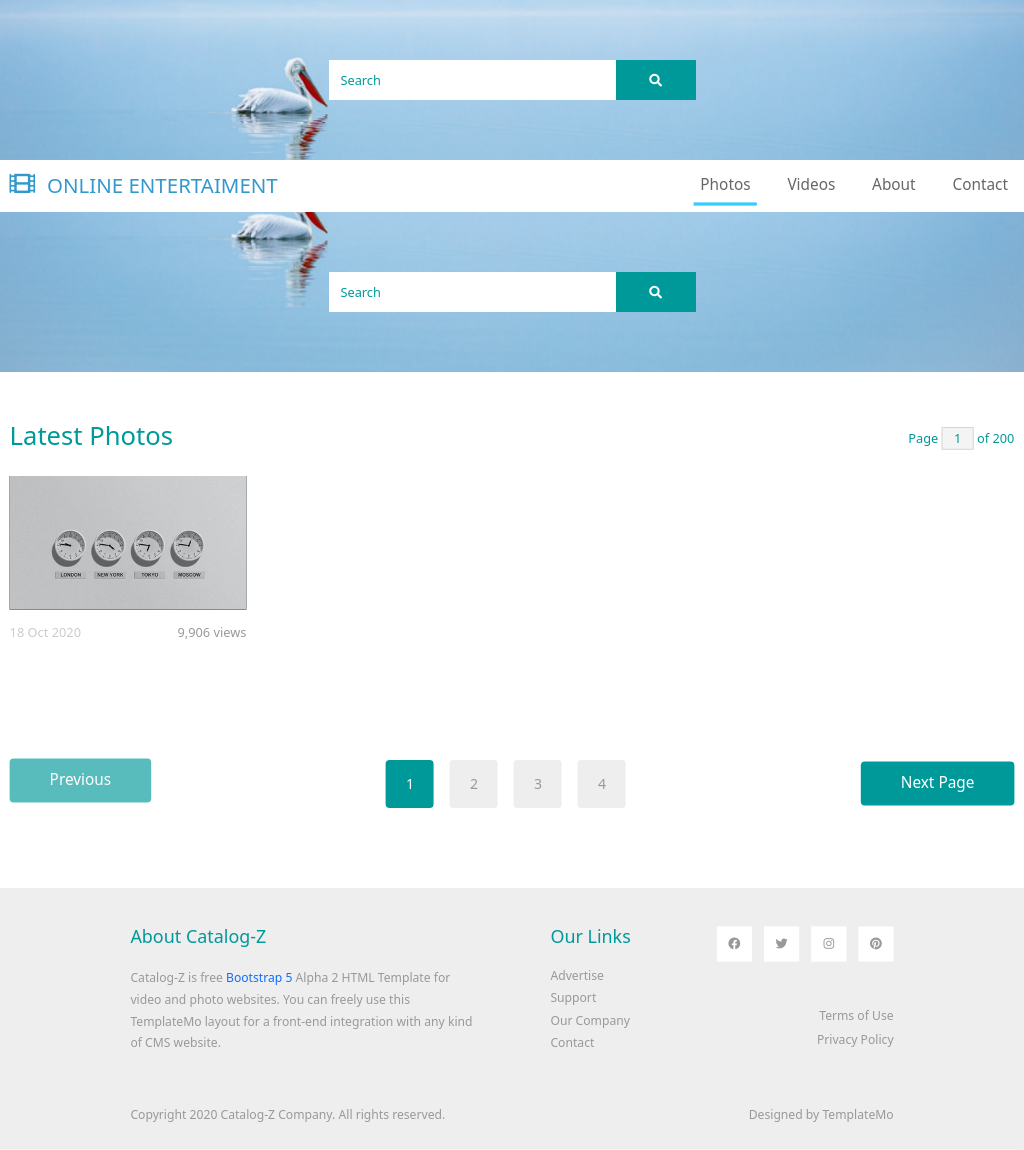
Repository: NguyenGiaHuy1102003/VideoManagementWebsite
Page: http://localhost/AsmJava4/index
An editor plug-in stored every save of this project. The page is shown before and after the next save, followed by the edit.
The browser window is 1280 px wide. The pictures show the whole page, at 80% of full size.
The page is served by Tomcat 9.

Above is the page before, as saved 2023-07-21 06:14:16.

After the next save:
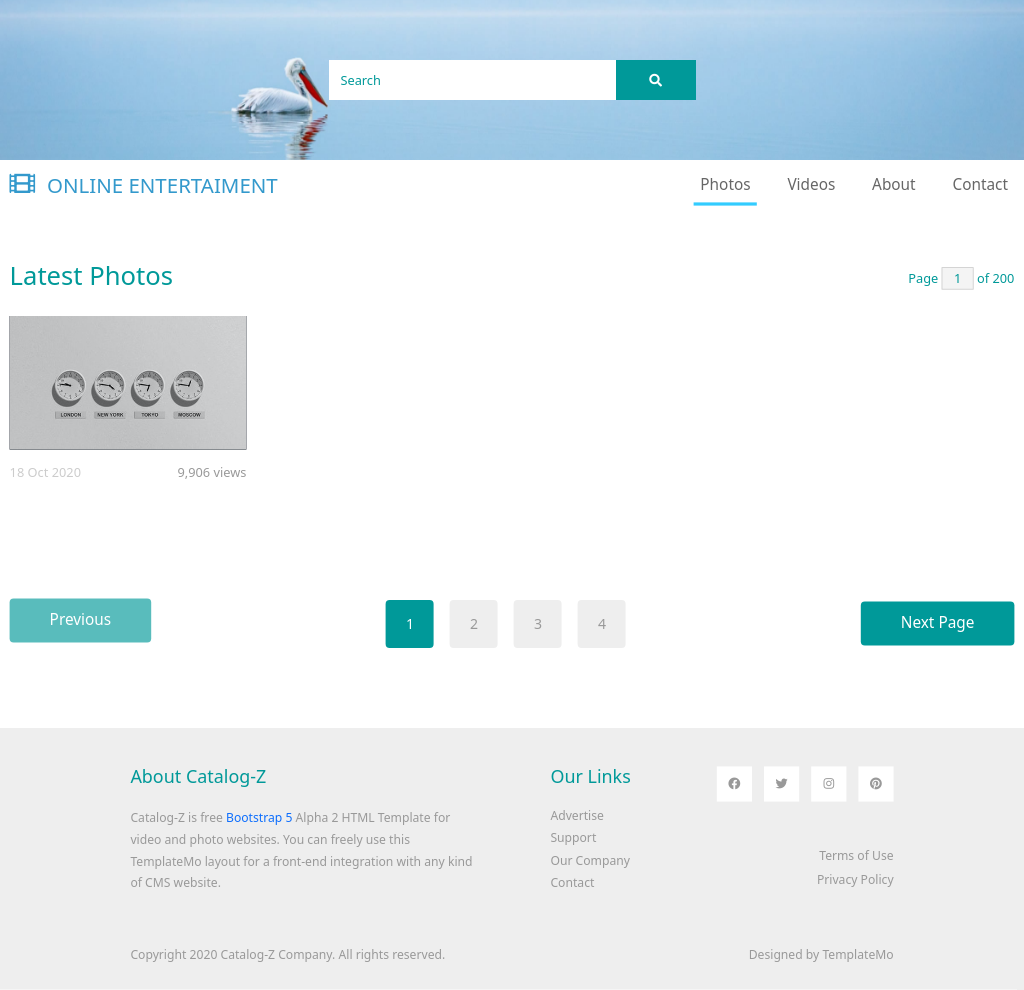
Saved 2 min 18 s later.
--- a/WebsiteSellingFlowers/ASMJava4/AsmJava4/src/main/webapp/common/header.jsp
+++ b/WebsiteSellingFlowers/ASMJava4/AsmJava4/src/main/webapp/common/header.jsp
@@ -44,14 +44,5 @@ data-image-src="<c:url value='templates/user/img/hero.jpg'/>">
 		</div>
 	</div>
 </nav>
-
-<div class="tm-hero d-flex justify-content-center align-items-center"
-	data-parallax="scroll" data-image-src="img/hero.jpg">
-	<form class="d-flex tm-search-form">
-		<input class="form-control tm-search-input" type="search"
-			placeholder="Search" aria-label="Search">
-		<button class="btn btn-outline-success tm-search-btn" type="submit">
-			<i class="fas fa-search"></i>
-		</button>
 	</form>
 </div>
